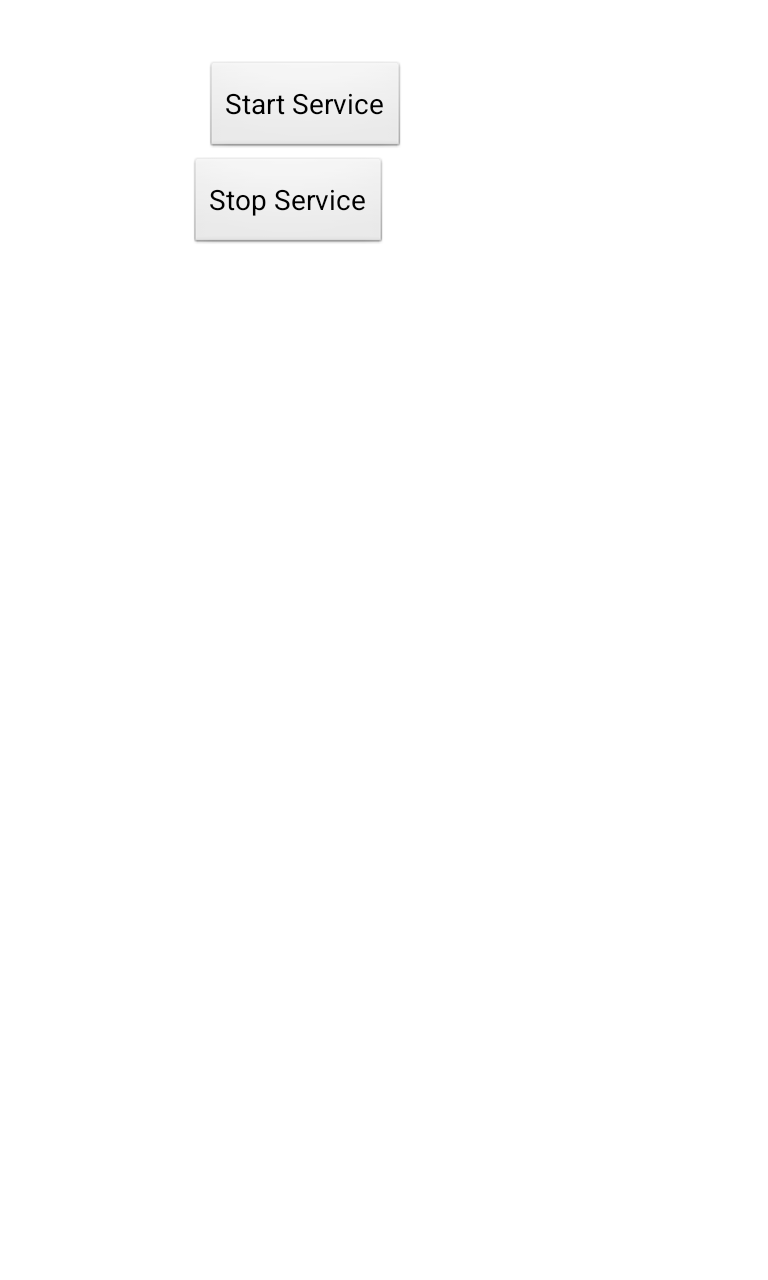
Repository: terraego/Wifidroid
Layout: server/res/layout/activity_wifi_droid_server.xml
The author's editor kept a copy of each file at every save. The layout is drawn from the files as they stood at one save, then again after the next save.
It is drawn on a 768 x 1280 px phone screen (xhdpi) without system bars, with theme AppTheme; the app's code is not run.

Above is the layout before, as saved 2012-07-06 15:23:49.

After the next save:
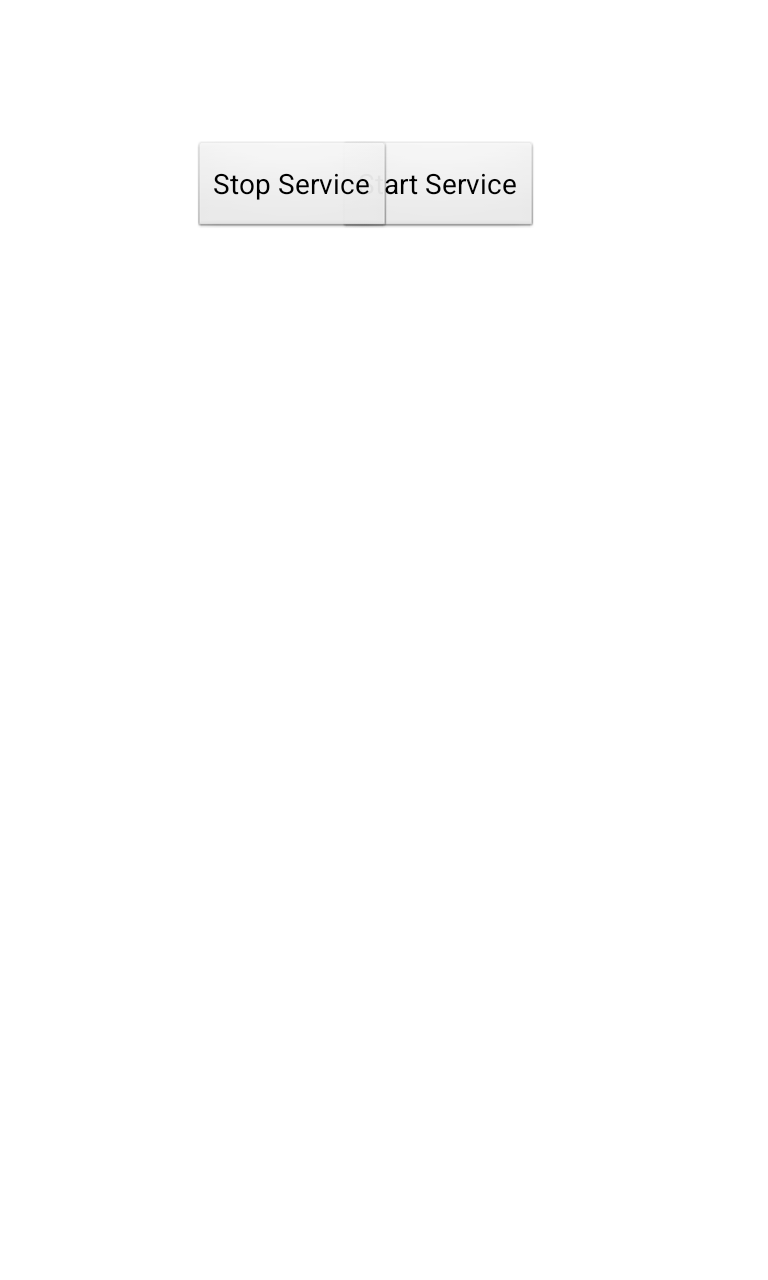
Saved 22 s later.
--- a/server/res/layout/activity_wifi_droid_server.xml
+++ b/server/res/layout/activity_wifi_droid_server.xml
@@ -8,18 +8,20 @@
         android:id="@+id/startService"
         android:layout_width="wrap_content"
         android:layout_height="wrap_content"
+        android:layout_alignParentRight="true"
         android:layout_alignParentTop="true"
-        android:layout_marginLeft="102dp"
-        android:layout_marginTop="30dp"
+        android:layout_marginRight="114dp"
+        android:layout_marginTop="70dp"
         android:text="@string/StartService" />
 
     <Button
         android:id="@+id/stopService"
         android:layout_width="wrap_content"
         android:layout_height="wrap_content"
+        android:layout_alignBaseline="@+id/startService"
+        android:layout_alignBottom="@+id/startService"
         android:layout_alignParentLeft="true"
-        android:layout_below="@+id/startService"
-        android:layout_marginLeft="94dp"
+        android:layout_marginLeft="96dp"
         android:text="@string/StopService" />
 
 </RelativeLayout>
